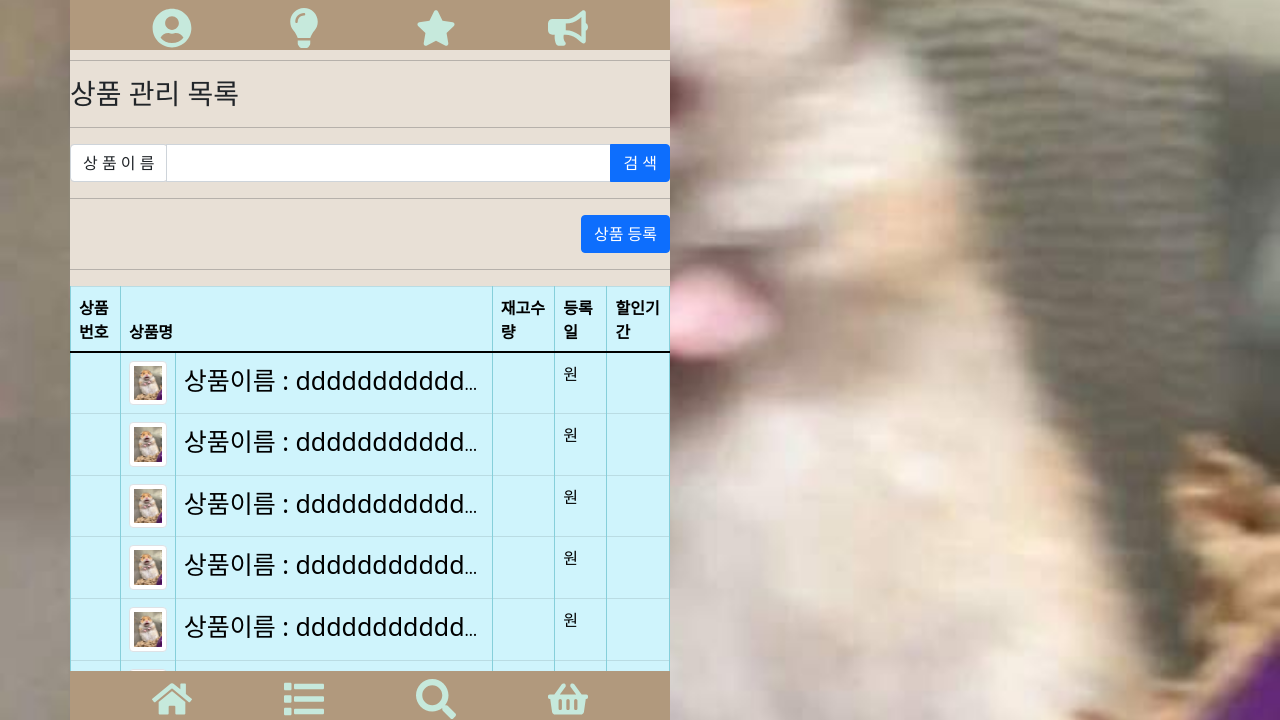
Repository: heegyu97/project
Page: http://localhost/0801_mvc2/WEB-INF/views/seller/productList.jsp
The author's editor kept a copy of each file at every save. The page is drawn from the files as they stood at one save, then again after the next save.
The browser window is 1280 px wide. The pictures show the whole page.
An inner scrolling area shows only its first screen. Some web libraries are served in a nearby version. The page is served by Tomcat 9. Nobody is signed in. The template is opened directly, without the code that normally fills it, so the values that code supplies are empty.

Above is the page before, as saved 2022-08-11 08:26:32.

After the next save:
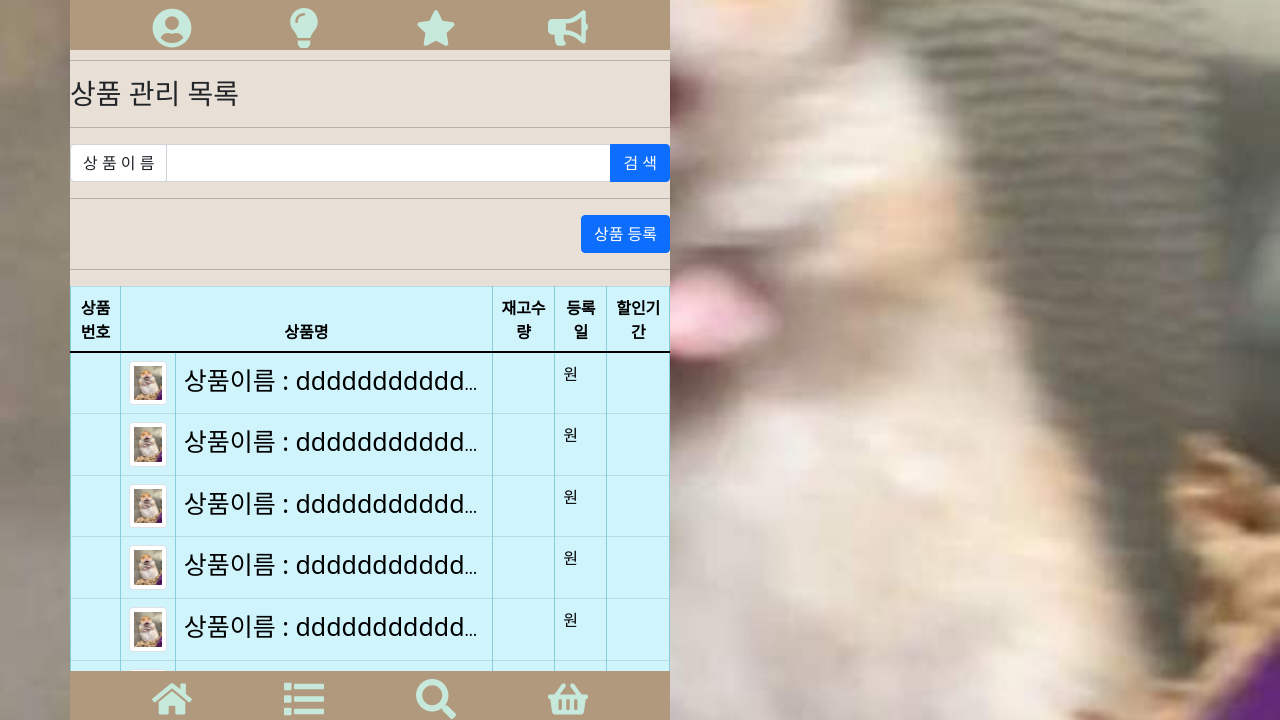
Saved 31 s later.
--- a/0801_mvc2/src/main/webapp/WEB-INF/views/seller/productList.jsp
+++ b/0801_mvc2/src/main/webapp/WEB-INF/views/seller/productList.jsp
@@ -54,7 +54,7 @@
 		<hr>
 		<table class="table table-hover table-bordered table-info">
 			<col class="col-1">
-			<thead>
+			<thead style="text-align: center;">
 				<tr>
 					<th>상품번호</th>	<th colspan="2">상품명</th>
 					<th>재고수량</th> <th>등록일</th> <th>할인기간</th>
